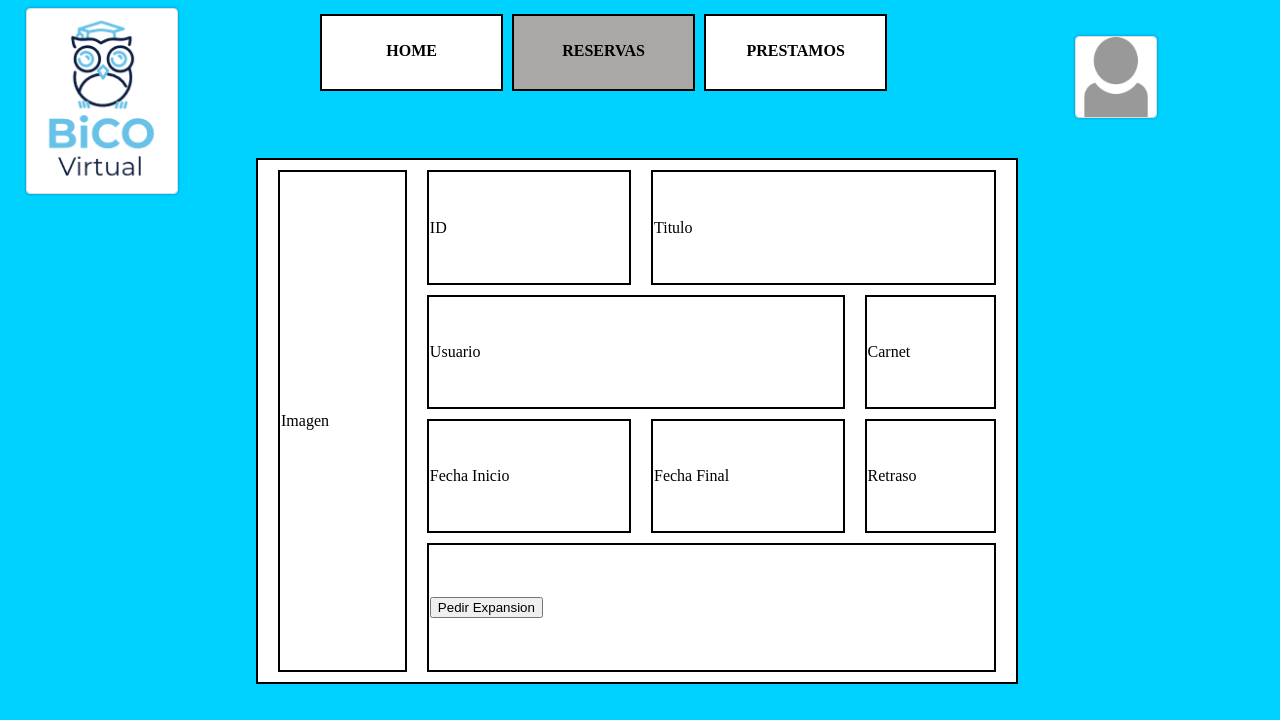
Repository: i72frpeu/IW_Bien
Page: http://localhost/Trabajo_IW/Vistas/Prestamo (Admin).jsp
The author's editor kept a copy of each file at every save. The page is drawn from the files as they stood at one save, then again after the next save.
The browser window is 1280 px wide. The pictures show the whole page.
The page is served by Tomcat 9.

Above is the page before, as saved 2020-05-16 20:24:36.

After the next save:
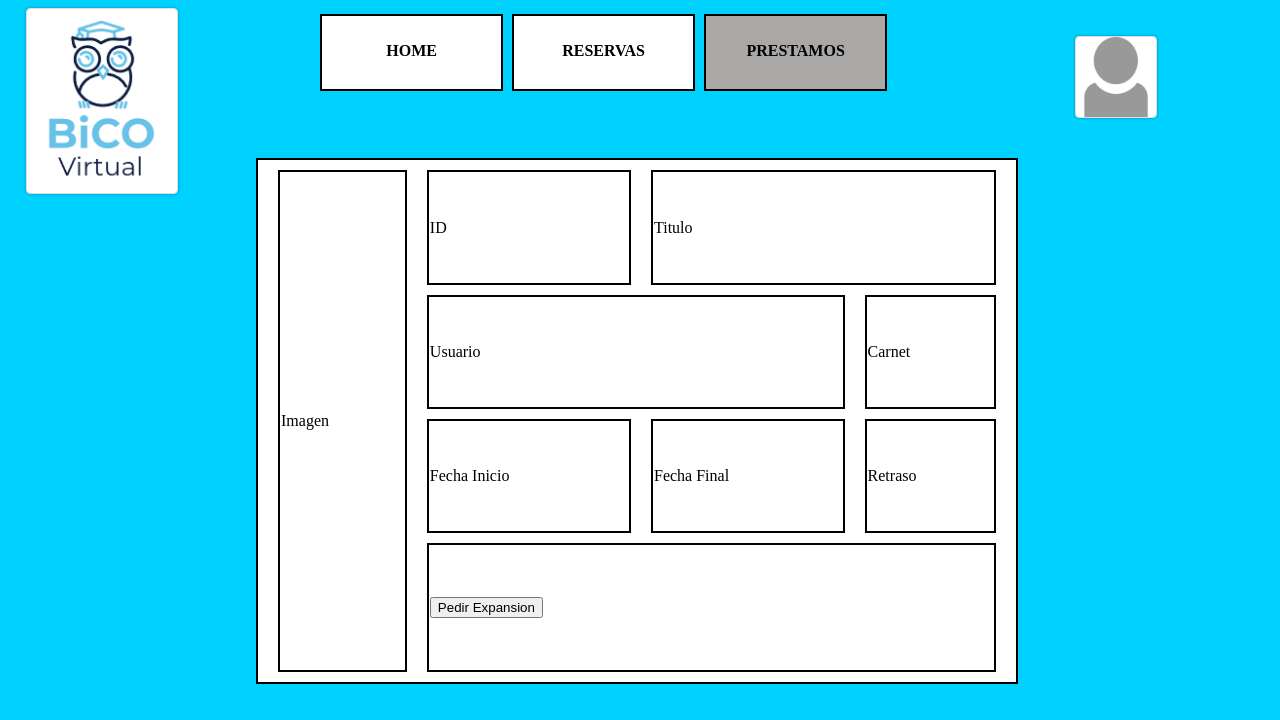
Saved 65 s later.
--- a/WorkSpace/Trabajo IW/WebContent/Vistas/Prestamo (Admin).jsp
+++ b/WorkSpace/Trabajo IW/WebContent/Vistas/Prestamo (Admin).jsp
@@ -9,7 +9,7 @@
 	<meta charset="ISO-8859-1">
 	<title>Reserva</title>
 	<link rel="stylesheet" type="text/css" href="../CSS/header.css">
-	<link rel="stylesheet" type="text/css" href="../CSS/wf5.0.css">
+	<link rel="stylesheet" type="text/css" href="../CSS/wf6.0.css">
 </head>
 
 <body>
